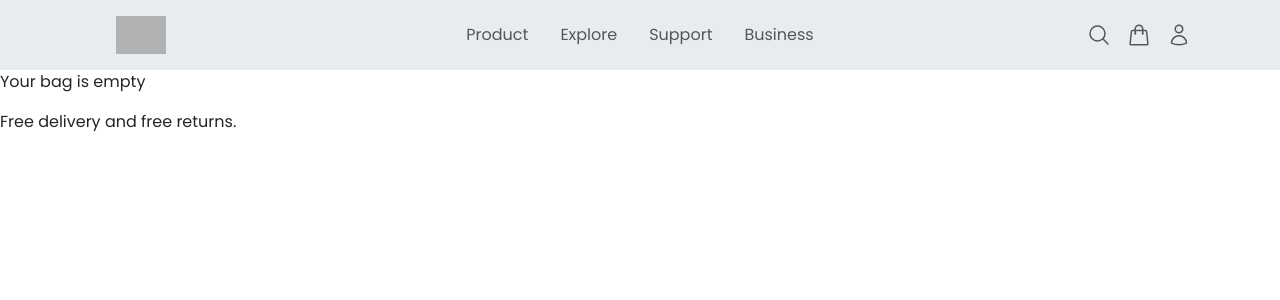
Repository: Deonorla/apple_redesign
Page: /checkout
The author's editor kept a copy of each file at every save. The page is drawn from the files as they stood at one save, then again after the next save.
The browser window is 1280 px wide. The pictures show the whole page.
Pictures or frames that could not be fetched are drawn as grey boxes. The project was rebuilt for these pictures with package versions that can differ from the ones it lists, and the page was loaded fresh each time. The framework's server and built-in components were replaced by stand-ins that run in the browser. Also part of the build but not shown: next.config.js.

Above is the page before, as saved 2023-06-06 20:11:32.

### pages/_app.tsx
import "@/styles/globals.css";
import type { AppProps } from "next/app";
import Head from "next/head";
import { Provider } from "react-redux";
import { store } from "../redux/store";
import { Toaster } from "react-hot-toast";

export default function App({ Component, pageProps }: AppProps) {
  return (
    <Provider store={store}>
      <Head>
        <title>Apple Redesign</title>
      </Head>
      <Toaster />
      <Component {...pageProps} />
    </Provider>
  );
}

### pages/checkout.tsx
import Header from "@/components/Header";
import { selectBasketItems } from "@/redux/slices/basketSlice";
import Head from "next/head";
import React from "react";
import { useSelector } from "react-redux";

const checkout = () => {
  const items = useSelector(selectBasketItems);
  return (
    <div>
      <Head>
        <title>Bag -Apple</title>
        <link rel='icon href="/favicon.ico' />
      </Head>
      <Header />
      <main>
        <div>
          <h1>{items.length > 0 ? "Review your bag" : "Your bag is empty"}</h1>
          <p className="my-4">Free delivery and free returns.</p>
        </div>
      </main>
    </div>
  );
};

export default checkout;

### styles/globals.css
@import url("https://fonts.googleapis.com/css2?family=Poppins:ital,wght@0,100;0,200;0,300;0,400;0,500;0,600;0,700;0,800;0,900;1,100;1,200;1,300;1,400;1,500;1,600;1,700;1,800;1,900&family=Ultra&display=swap");

@tailwind base;
@tailwind components;
@tailwind utilities;

:root {
  --foreground-rgb: 0, 0, 0;
  --background-start-rgb: 214, 219, 220;
  --background-end-rgb: 255, 255, 255;
}

@media (prefers-color-scheme: dark) {
  :root {
    --foreground-rgb: 255, 255, 255;
    --background-start-rgb: 0, 0, 0;
    --background-end-rgb: 0, 0, 0;
  }
}

@layer base {
  body {
    @apply font-body text-[#232428];
  }
}

@layer components {
  .headerLink {
    @apply cursor-pointer opacity-75 transition hover:opacity-100;
  }
  .headerIcon {
    @apply h-6 w-6 cursor-pointer opacity-75 transition hover:opacity-100;
  }
  .link {
    @apply relative cursor-pointer text-lg font-medium before:absolute before:inset-x-0
    before:-bottom-1.5 before:h-0.5 before:origin-left before:scale-x-0 before:transform before:rounded-bl before:bg-black before:transition-all before:duration-200 hover:before:scale-x-100;
  }
  .borderGradient {
    text-align: center;
    padding-bottom: 5px;
    background: linear-gradient(to right, #ec4899, #8b5cf6) left bottom
      no-repeat;
    background-size: 100% 2px;
  }

  .tabPanel {
    @apply grid grid-cols-1 gap-8 sm:grid-cols-2 md:grid-cols-1 lg:grid-cols-2 xl:grid-cols-3;
  }
}

### redux/store.ts
import { configureStore } from "@reduxjs/toolkit";
import basketReducer from "./slices/basketSlice";
export const store = configureStore({
  reducer: {
    basket: basketReducer,
  },
});

export type RootState = ReturnType<typeof store.getState>;
export type AppDispatch = typeof store.dispatch;

### components/Header.tsx
import Image from "next/image";
import Link from "next/link";
import React from "react";
import {
  MagnifyingGlassIcon,
  ShoppingBagIcon,
  UserIcon,
} from "@heroicons/react/24/outline";
import { useSelector } from "react-redux";
import { selectBasketItems } from "@/redux/slices/basketSlice";

const Header = () => {
  const session = false;
  const items = useSelector(selectBasketItems);
  return (
    <header className="sticky top-0 z-30 flex w-full items-center justify-between bg-[#E7ECEE] p-4">
      <div className="flex items-center justify-center md:w-1/5">
        <Link href="/">
          <div className="relative w-fit cursor-pointer opacity-75 transition hover:opacity-100 ">
            <Image
              src="https://www.freeiconspng.com/uploads/apple-icon-4.png"
              width={50}
              height={50}
              alt=""
            />
          </div>
        </Link>
      </div>
      <div className="hidden flex-1 items-center justify-center space-x-8 md:flex ">
        <a className="headerLink">Product</a>
        <a className="headerLink">Explore</a>
        <a className="headerLink">Support</a>
        <a className="headerLink">Business</a>
      </div>
      <div className="flex items-center justify-center gap-x-4 md:w-1/5">
        <MagnifyingGlassIcon className="headerIcon" />
        <Link href="/checkout">
          <div className="relative cursor-pointer">
            {items.length > 0 && (
              <span className=" absolute  -right-1 -top-1 z-50 flex h-4 w-4 items-center justify-center rounded-full bg-gradient-to-r from-pink-500 to-violet-500 text-[10px] text-white">
                {items.length}
              </span>
            )}
            <ShoppingBagIcon className="headerIcon" />
          </div>
        </Link>
        {session ? (
          <Image
            src={
              //   session.user?.image ||
              ""
            }
            alt=""
            className="cursor-pointer rounded-full"
            width={34}
            height={34}
          />
        ) : (
          <UserIcon
            className="headerIcon"
            //   onClick={() => signIn()}
          />
        )}
      </div>
    </header>
  );
};

export default Header;

### redux/slices/basketSlice.ts
import { createSlice } from "@reduxjs/toolkit";
import type { PayloadAction } from "@reduxjs/toolkit";
import { RootState } from "../store";

export interface BasketState {
  items: Product[];
}

const initialState: BasketState = {
  items: [],
};

export const basketSlice = createSlice({
  name: "basket",
  initialState,
  reducers: {
    addToBasket: (state: BasketState, action: PayloadAction<Product>) => {
      state.items = [...state.items, action.payload];
    },
    removeFromBasket: (
      state: BasketState,
      action: PayloadAction<{ id: string }>
    ) => {
      const index = state.items.findIndex(
        (item: Product) => item._id === action.payload.id
      );

      let newBasket = [...state.items];
      if (index >= 0) {
        newBasket.splice(index, 1);
      } else {
        console.log(`can\'t remove product (id: ${action.payload.id})`);
      }
      state.items = newBasket;
    },
  },
});

export const { addToBasket, removeFromBasket } = basketSlice.actions;

export const selectBasketItems = (state: RootState) => state.basket.items;
export const selectBasketItemsWithId = (state: RootState, id: string) => {
  state.basket.items.filter((item: Product) => item._id === id);
};

export const selectBasketTotal = (state: RootState) => {
  state.basket.items.reduce(
    (total: number, item: Product) => (total += item.price),
    0
  );
};

export default basketSlice.reducer;

### tailwind.config.js
/** @type {import('tailwindcss').Config} */
module.exports = {
  content: [
    "./pages/**/*.{js,ts,jsx,tsx,mdx}",
    "./components/**/*.{js,ts,jsx,tsx,mdx}",
    "./app/**/*.{js,ts,jsx,tsx,mdx}",
  ],
  theme: {
    extend: {
      fontFamily: {
        body: ["Poppins", "sans-serif"],
      },
      backgroundImage: {
        "gradient-radial": "radial-gradient(var(--tw-gradient-stops))",
        "gradient-conic":
          "conic-gradient(from 180deg at 50% 50%, var(--tw-gradient-stops))",
      },
    },
  },
  plugins: [],
};

### components/Button.tsx
import React from "react";

interface Props {
  title?: string;
  width?: string;
  onClick?: () => void;
  loading?: boolean;
  padding?: string;
  noIcon?: boolean;
}

const Button = ({ title, onClick, loading, padding, noIcon, width }: Props) => {
  return (
    <button
      className={`ease group relative z-30 box-border inline-flex ${
        width ? width : "w-auto"
      } ${padding} cursor-pointer items-center justify-center overflow-hidden rounded bg-indigo-600 bg-gradient-to-r from-pink-500 to-violet-500 px-8 py-3 font-bold text-white transition-all duration-300 focus:outline-none`}
      onClick={onClick}
    >
      <span className="absolute bottom-0 right-0 -mb-8 -mr-5 h-20 w-8 translate-x-1 rotate-45 transform bg-white opacity-10 transition-all duration-300 ease-out group-hover:translate-x-0"></span>
      <span className="absolute left-0 top-0 -ml-12 -mt-1 h-8 w-20 -translate-x-1 -rotate-45 transform bg-white opacity-10 transition-all duration-300 ease-out group-hover:translate-x-0"></span>

      <span className="relative z-20 flex items-center font-semibold">
        {noIcon && (
          <svg
            className="relative mr-2 h-5 w-5 flex-shrink-0 text-white"
            fill="none"
            stroke="currentColor"
            viewBox="0 0 24 24"
            xmlns="http://www.w3.org/2000/svg"
          >
            <path
              strokeLinecap="round"
              strokeLinejoin="round"
              strokeWidth="2"
              d="M13 10V3L4 14h7v7l9-11h-7z"
            ></path>
          </svg>
        )}
        {loading ? "Loading..." : title}
      </span>
    </button>
  );
};

export default Button;

Loaded but not shown: pages/_document.tsx (common file)

After the next save:
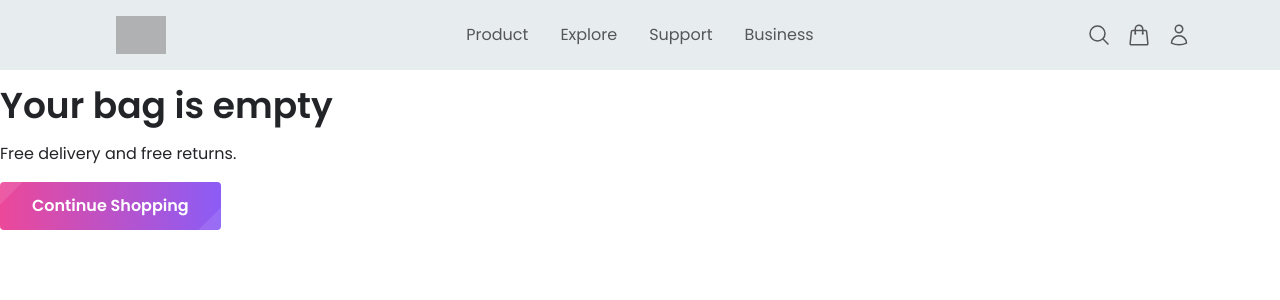
Saved 17 min 51 s later.
--- a/pages/checkout.tsx
+++ b/pages/checkout.tsx
@@ -1,11 +1,14 @@
+import Button from "@/components/Button";
 import Header from "@/components/Header";
 import { selectBasketItems } from "@/redux/slices/basketSlice";
 import Head from "next/head";
+import { useRouter } from "next/router";
 import React from "react";
 import { useSelector } from "react-redux";
 
 const checkout = () => {
   const items = useSelector(selectBasketItems);
+  const router = useRouter();
   return (
     <div>
       <Head>
@@ -15,9 +18,18 @@
       <Header />
       <main>
         <div>
-          <h1>{items.length > 0 ? "Review your bag" : "Your bag is empty"}</h1>
+          <h1 className="my-4 text-3xl font-semibold lg:text-4xl">
+            {items.length > 0 ? "Review your bag" : "Your bag is empty"}
+          </h1>
           <p className="my-4">Free delivery and free returns.</p>
+          {items.length === 0 && (
+            <Button
+              title="Continue Shopping"
+              onClick={() => router.push("/")}
+            />
+          )}
         </div>
+        {items.length > 0 && <div></div>}
       </main>
     </div>
   );
